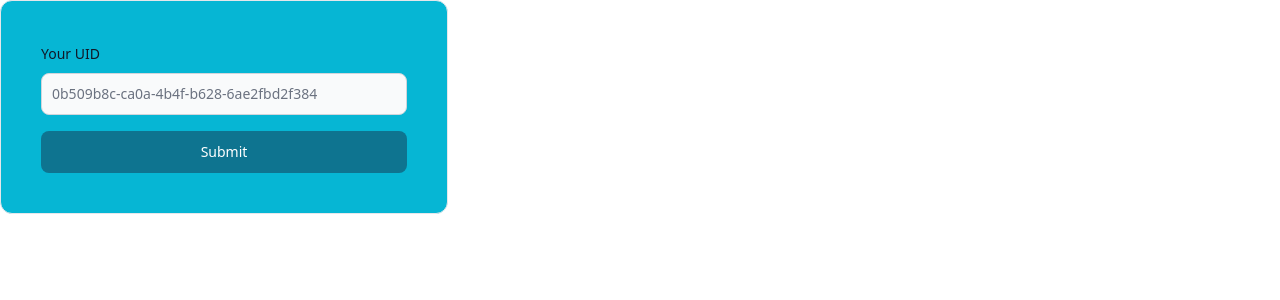
Repository: PrzemyslawJura/Frontend
Page: /
The author's editor kept a copy of each file at every save. The page is drawn from the files as they stood at one save, then again after the next save.
The browser window is 1280 px wide. The pictures show the whole page.
The project was rebuilt for these pictures with package versions that can differ from the ones it lists, and the page was loaded fresh each time. Also part of the build but not shown: vite.config.ts.

Above is the page before, as saved 2024-07-27 21:16:48.

After the next save:
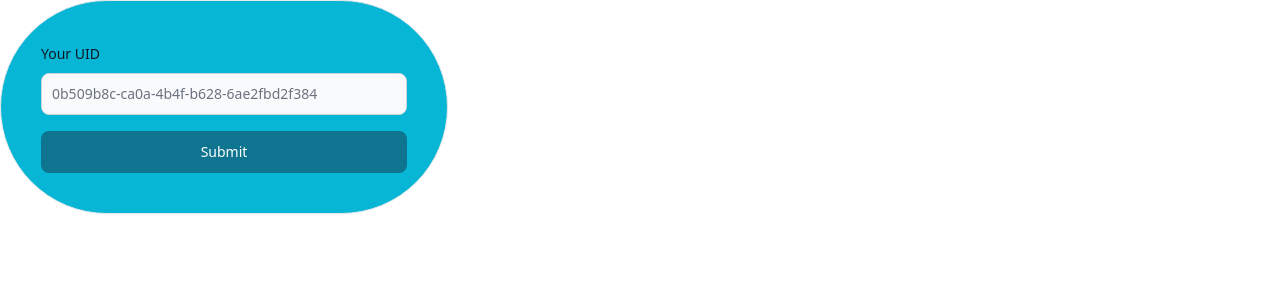
Saved 2 min 53 s later.
--- a/src/pages/Login/Login.tsx
+++ b/src/pages/Login/Login.tsx
@@ -5,7 +5,7 @@
   return (
     <>
 
-            <div className="p-10 bg-cyan-500 max-w-md border rounded-xl">
+            <div className="p-10 bg-cyan-500 max-w-md border rounded-full">
                 <LoginForm/>
             </div>
     </>

After the save that followed:
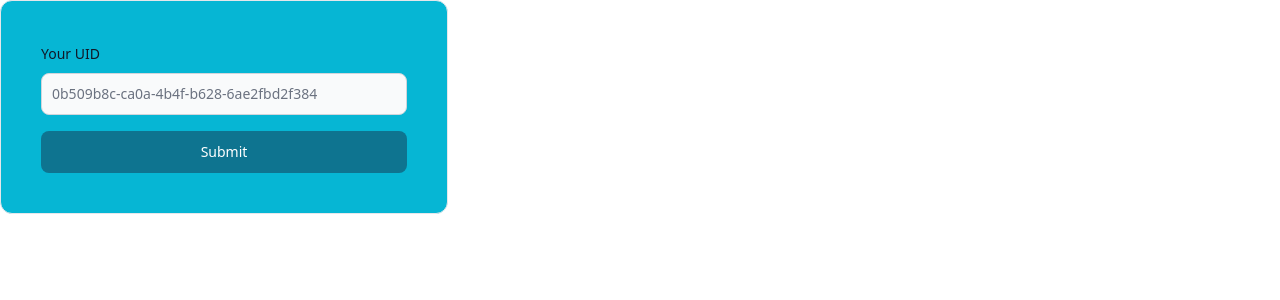
Saved 5 min 52 s later.
--- a/src/pages/Login/Login.tsx
+++ b/src/pages/Login/Login.tsx
@@ -5,7 +5,7 @@
   return (
     <>
 
-            <div className="p-10 bg-cyan-500 max-w-md border rounded-full">
+            <div className="p-10 bg-cyan-500 max-w-md border rounded-xl">
                 <LoginForm/>
             </div>
     </>
